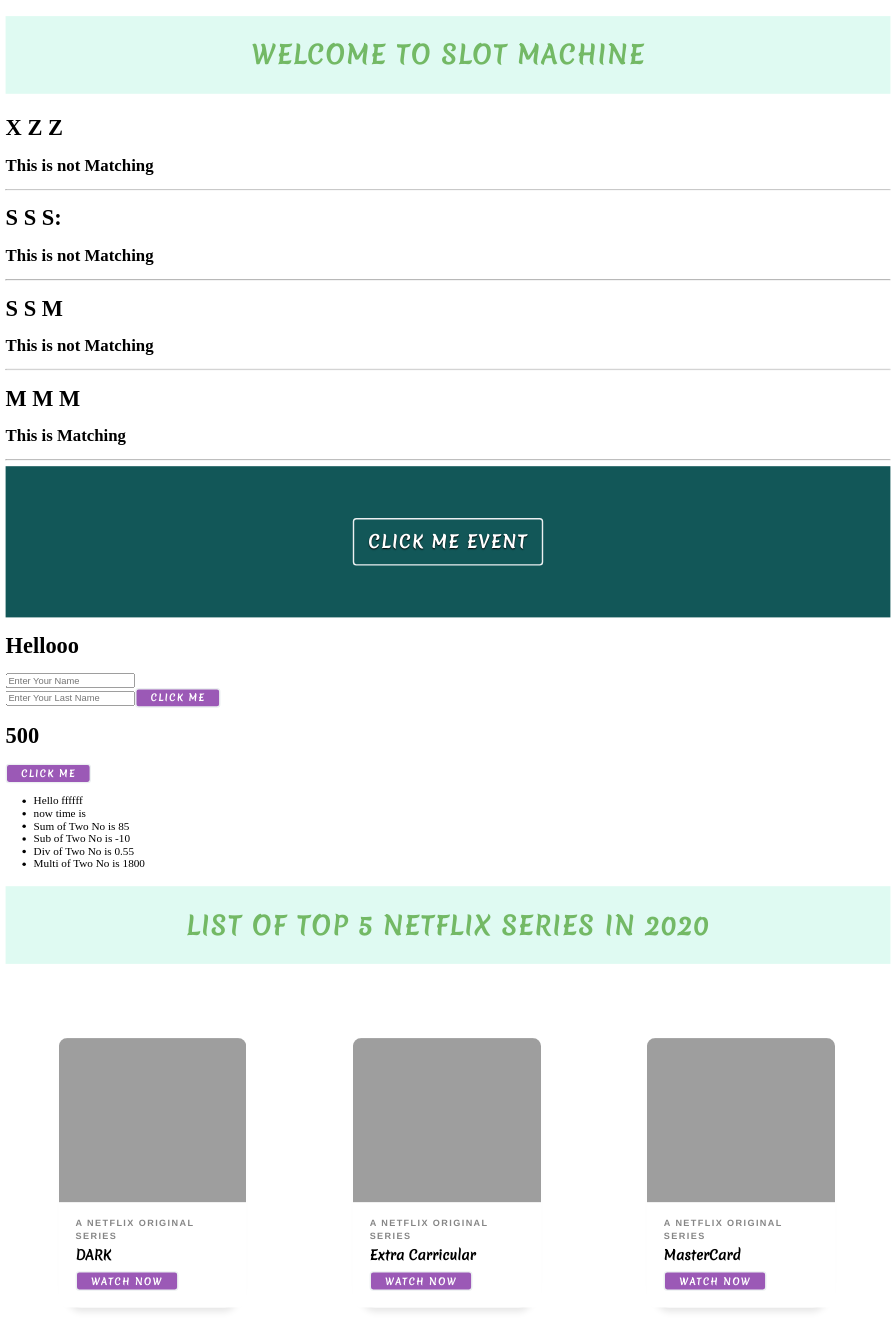
Repository: hardik2626/reactlearn2020
Page: /
An editor plug-in stored every save of this project. The page is shown before and after the next save, followed by the edit.
The browser window is 1280 px wide. The pictures show the part of the page from y = 0 to 1920 px (the page is 2507 px tall before and 2615 px after), at 70% of full size.
Pictures or frames that could not be fetched are drawn as grey boxes. The project was rebuilt for these pictures with package versions that can differ from the ones it lists, and the page was loaded fresh each time.

Above is the page before, as saved 2020-10-12 18:53:52.

After the next save:
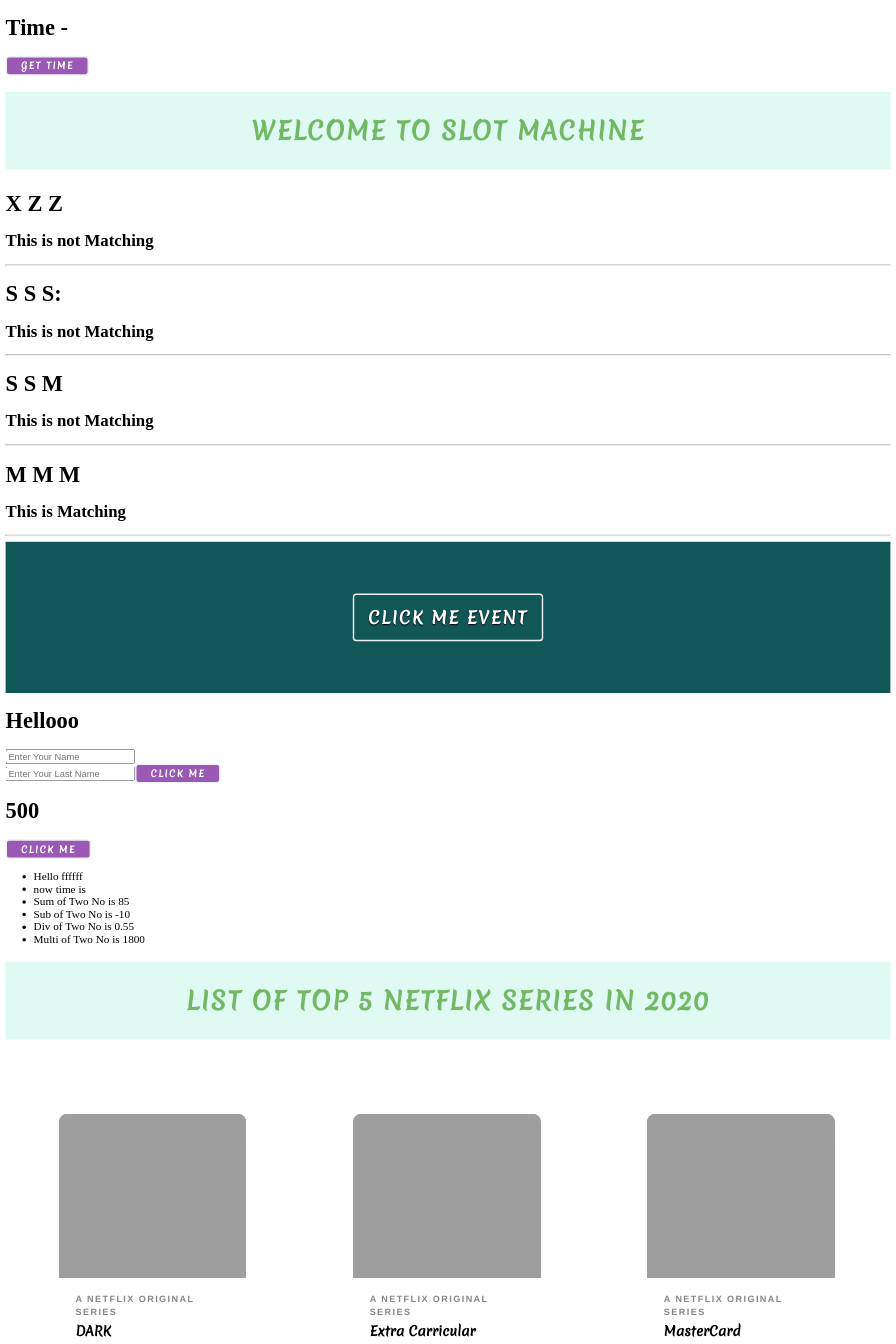
Saved 11 s later.
--- a/src/App.js
+++ b/src/App.js
@@ -4,11 +4,13 @@
 import MachineGame from './MachineGame';
 import Myform from './Myform';
 import Myhooks from './Myhooks';
+import Timegame from './Timegame';
 
 function App(props){
 
   return(
     <>
+    <Timegame />
     <MachineGame />
     <Eventhand />
    <Myform />
